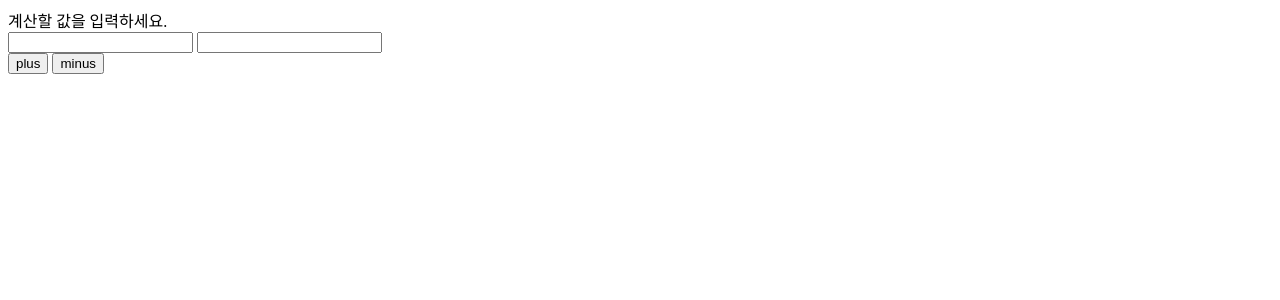
Repository: odreeblue/Study_ServletJSP
Page: jsp/workspace/JSPPrj/src/main/webapp/calc2.html
An editor plug-in stored every save of this project. The page is shown before and after the next save, followed by the edit.
The browser window is 1280 px wide. The pictures show the whole page.

Above is the page before, as saved 2023-02-05 15:10:33.

After the next save:
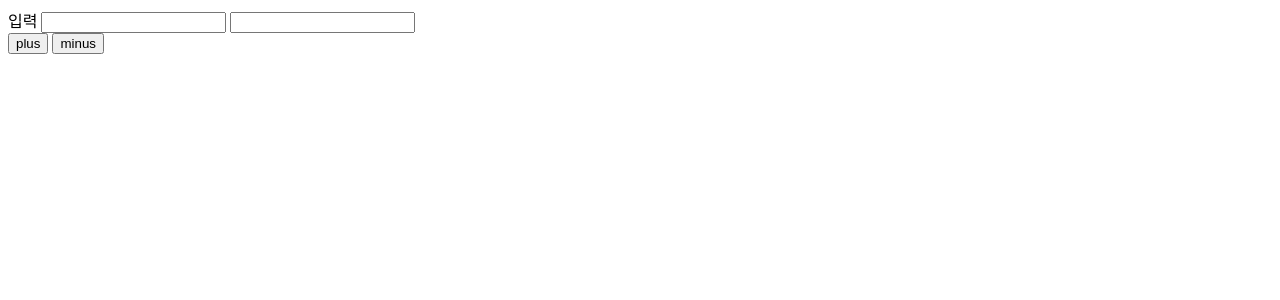
Saved 17 min 5 s later.
--- a/jsp/workspace/JSPPrj/src/main/webapp/calc2.html
+++ b/jsp/workspace/JSPPrj/src/main/webapp/calc2.html
@@ -7,8 +7,8 @@
 <body>
 	<div>
 		<form action="calc" method="post">
-			<div>계산할 값을 입력하세요.</div>
 			<div>
+				<label>입력</label>
 				<input type="text" name="x">
 				<input type="text" name="y">
 			</div>
